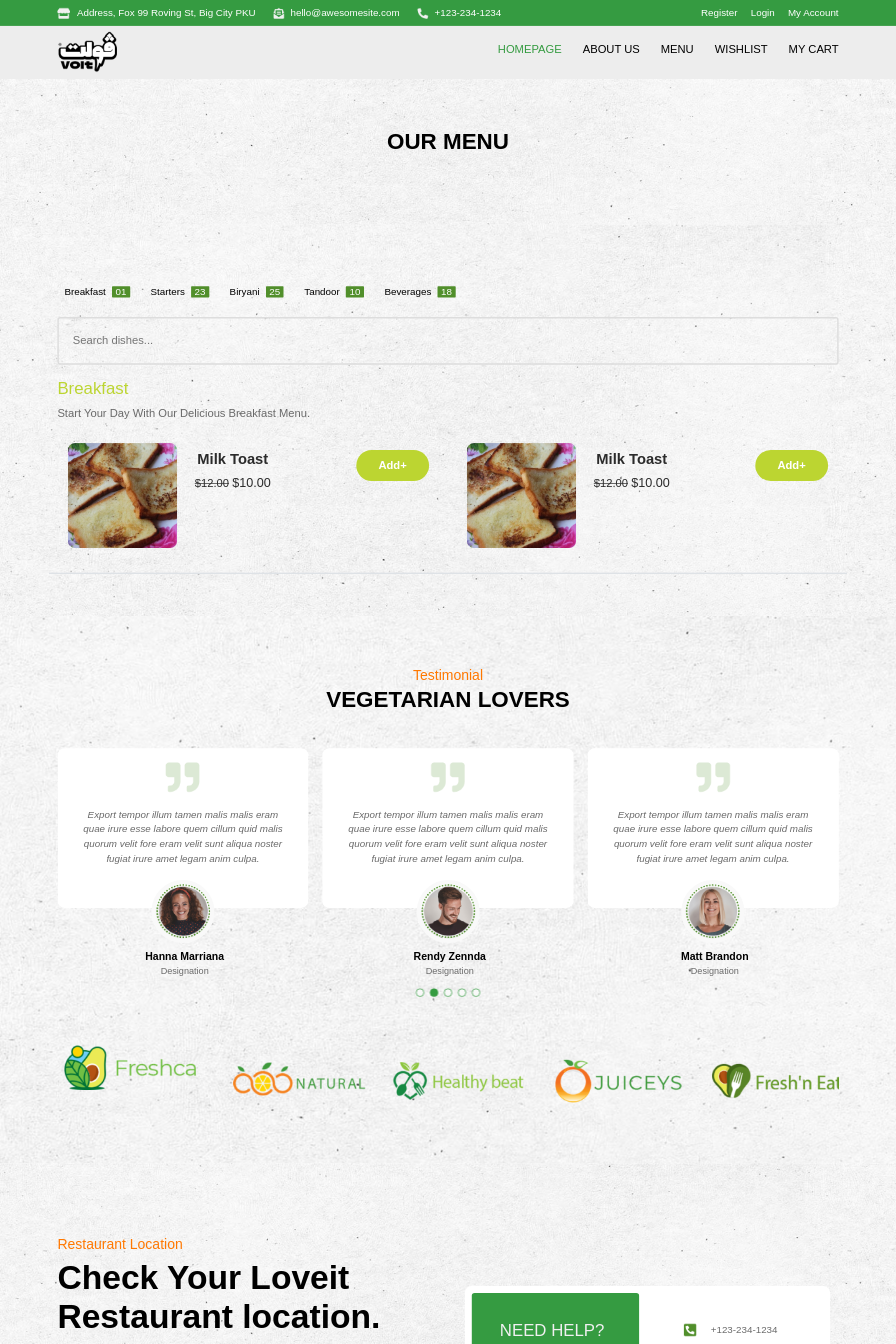
Repository: junivig/volt-new-project
Page: menu.html
An editor plug-in stored every save of this project. The page is shown before and after the next save, followed by the edit.
The browser window is 1280 px wide. The pictures show the part of the page from y = 0 to 1920 px (the page is 3628 px tall), at 70% of full size.

Above is the page before, as saved 2025-01-31 17:04:14.

After the next save:
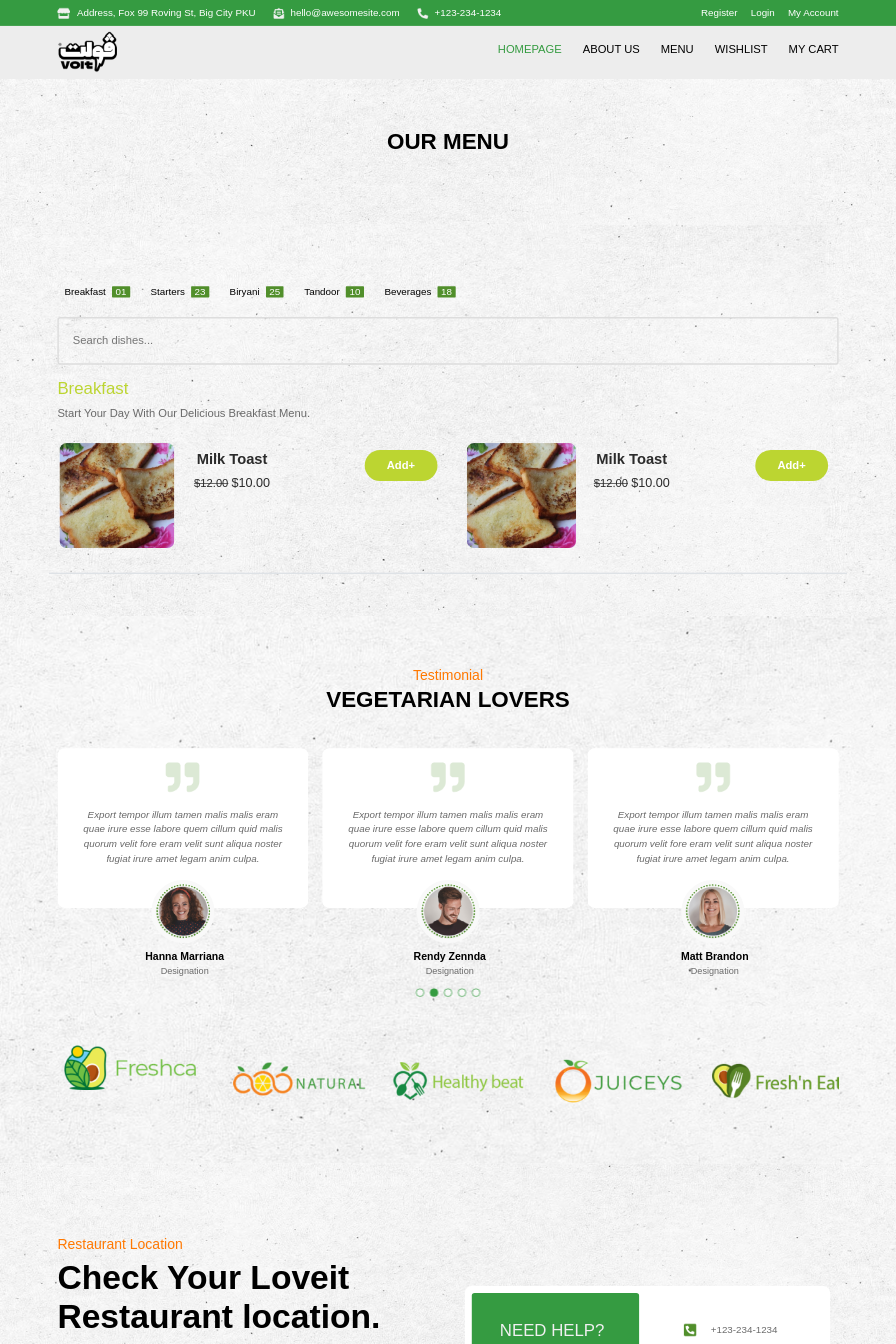
Saved 19 s later.
--- a/menu.html
+++ b/menu.html
@@ -145,7 +145,7 @@
 
         <!-- Food Items -->
         <div class="row menu-sec">
-            <div class="col-lg-6 col-md-6 col-sm-12">
+            <div class="col-lg-6 col-md-6 col-sm-12 px-0">
                 <div class="food-item">
                   <div class="row">
                     <div class="col-4">
